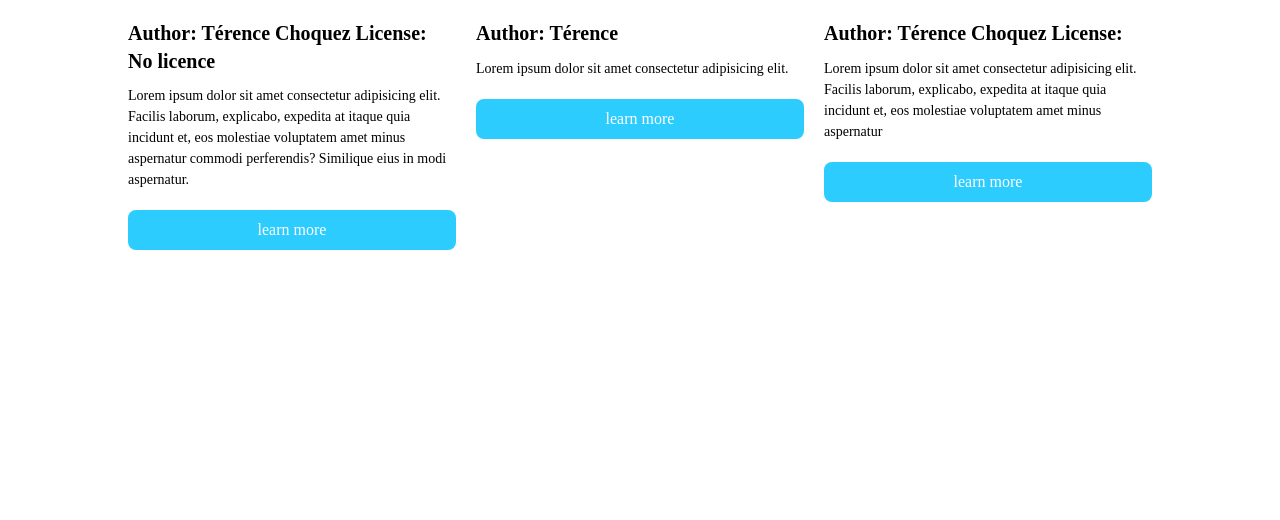
Repository: dinhhaidh/subgrid
Page: index.html
These files come from the project's save history. The page is drawn as it stood at one moment and after the next save; the edit follows.
The browser window is 1280 px wide. The pictures show the part of the page from y = 220 to 740 px (the page is 740 px tall).

Above is the page before, as saved 2024-01-08 15:29:10.

After the next save:
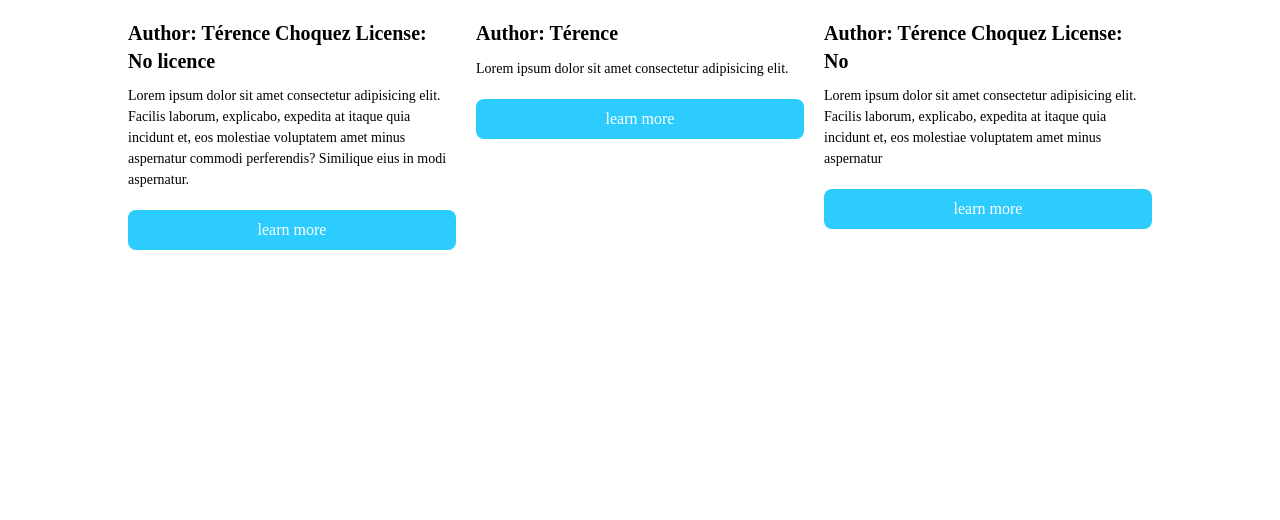
Saved 18 s later.
--- a/index.html
+++ b/index.html
@@ -29,7 +29,7 @@
             <div class="card-image">
                 <img src="https://images.unsplash.com/photo-1506946526854-9aad1ec915cb?q=80&w=1887&auto=format&fit=crop&ixlib=rb-4.0.3&ixid=M3wxMjA3fDB8MHxwaG90by1wYWdlfHx8fGVufDB8fHx8fA%3D%3D" alt="">
             </div>
-            <h3 class="card-title">Author: Térence Choquez License:</h3>
+            <h3 class="card-title">Author: Térence Choquez License: No </h3>
             <p class="card-desc">Lorem ipsum dolor sit amet consectetur adipisicing elit. Facilis laborum, explicabo, expedita at itaque quia incidunt et, eos molestiae voluptatem amet minus aspernatur
             </p>
             <a href="#" class="card-more">learn more</a>
